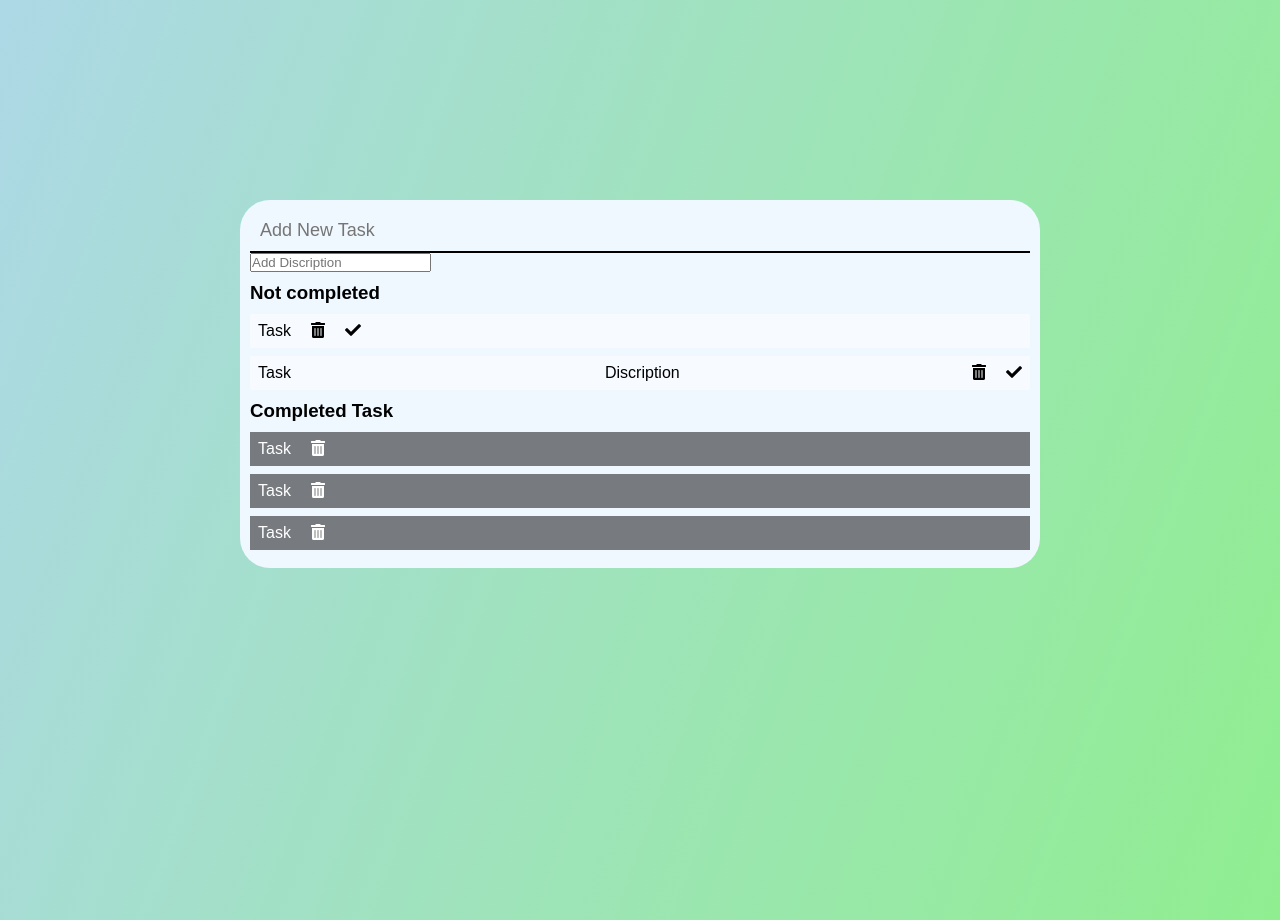
Repository: Mayur2905/OIBSIP
Page: Task-6/index.html
The author's editor kept a copy of each file at every save. The page is drawn from the files as they stood at one save, then again after the next save.
The browser window is 1280 px wide. The pictures show the whole page.

Above is the page before, as saved 2022-02-05 21:11:02.

After the next save:
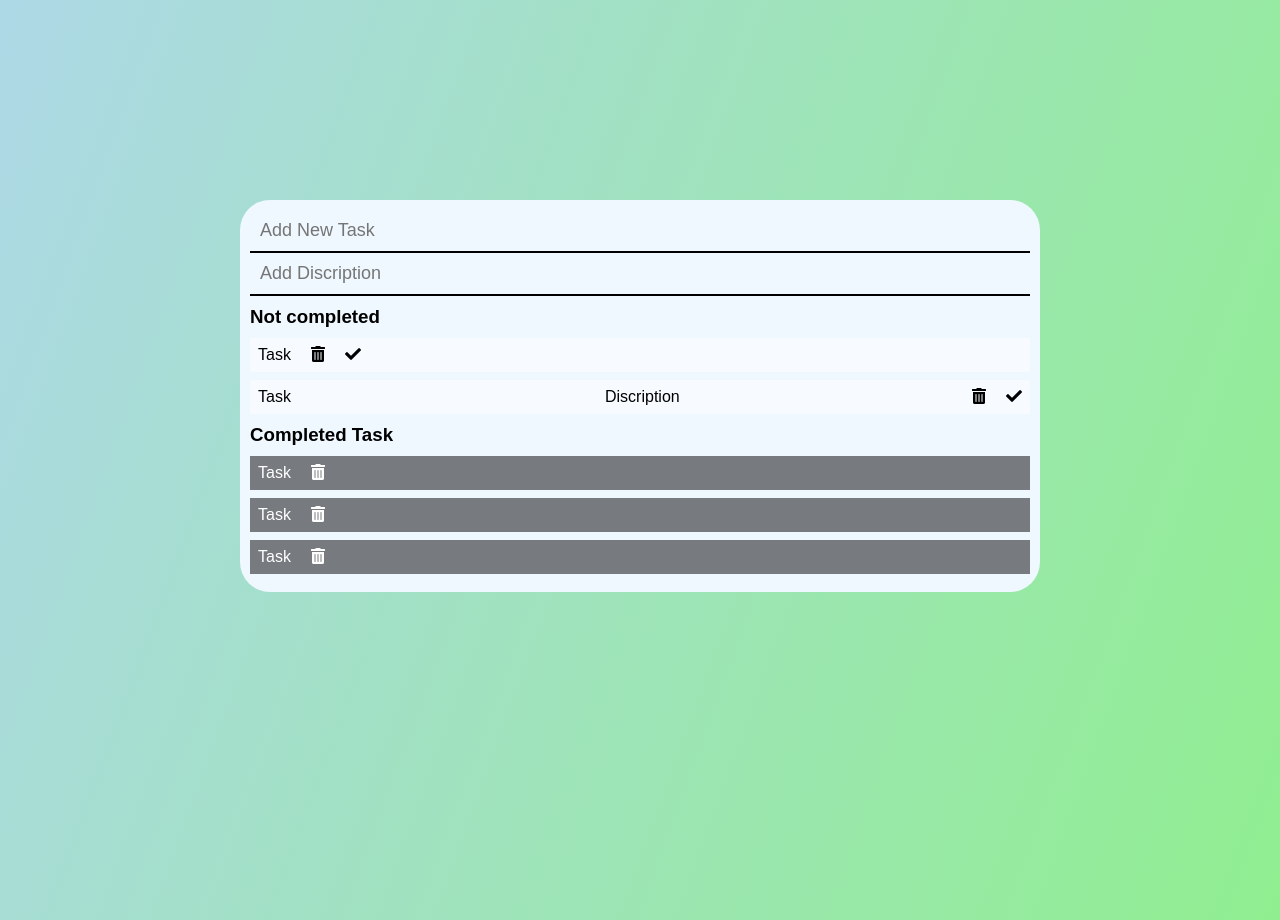
Saved 40 s later.
--- a/Task-6/style.css
+++ b/Task-6/style.css
@@ -18,6 +18,15 @@ body {
   border-radius: 30px;
 }
 .textb {
+  width: 100%;
+  border: none;
+  border-bottom: 2px solid #000;
+  background: none;
+  padding: 10px;
+  outline: none;
+  font-size: 18px;
+}
+.textb1 {
   width: 100%;
   border: none;
   border-bottom: 2px solid #000;
